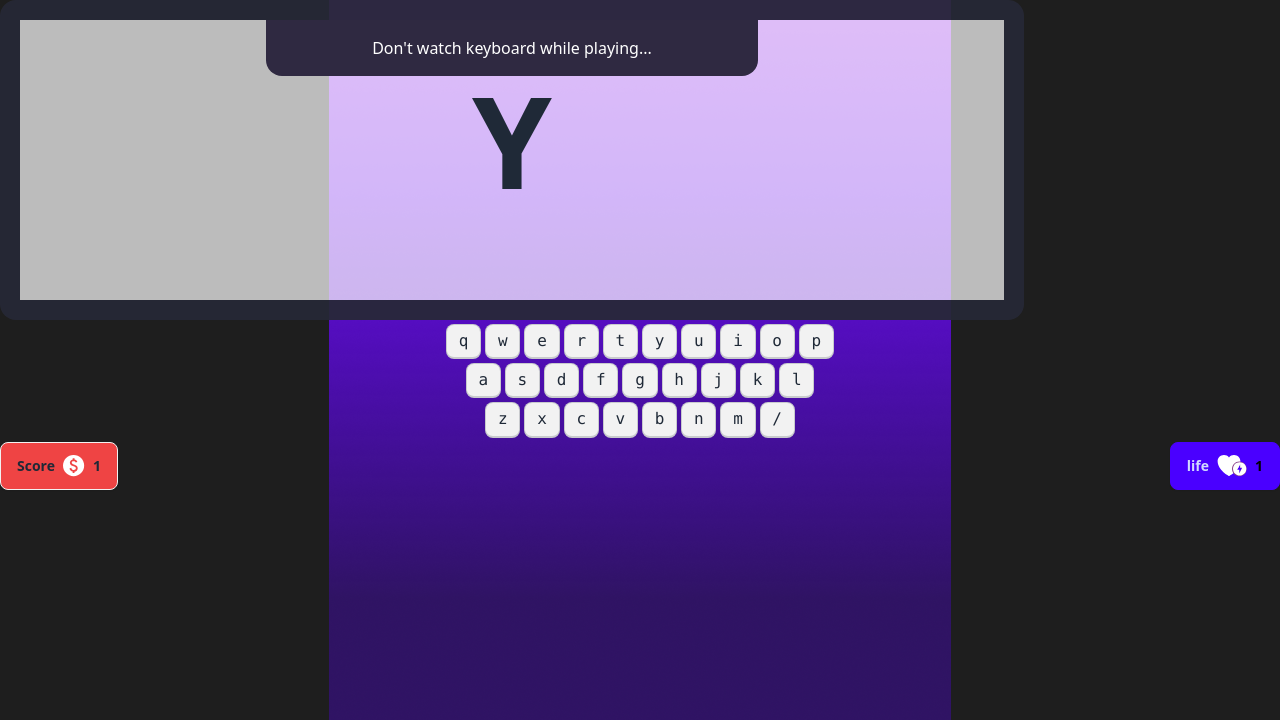
Repository: RudrasahaDibos/Alphabet-clash-
Page: index.html
An editor plug-in stored every save of this project. The page is shown before and after the next save, followed by the edit.
The browser window is 1280 px wide. The pictures show the whole page.
Some web fonts or font styles are not loaded; a fallback is used. Some web libraries are served in a nearby version.

Above is the page before, as saved 2024-11-04 12:29:41.

### index.html
<!DOCTYPE html>
<html lang="en">
    <head>
        <meta charset="UTF-8">
        <meta name="viewport" content="width=device-width, initial-scale=1.0">
        <title>Alphabet Clash</title>
        <!-- daisy apa -->
        <link
            href="https://cdn.jsdelivr.net/npm/daisyui@4.12.14/dist/full.min.css"
            rel="stylesheet" type="text/css" />
        <script src="https://cdn.tailwindcss.com"></script>

        <!-- custom css  -->
        <link rel="stylesheet" href="style.css">

    </head>
    <body>
        <main
            class="bg-[#1E1E1E] min-h-screen bg-[url(images/background.png)] bg-no-repeat bg-center ">
            <!-- home screen  start here -->
            <section class="min-h-screen flex justify-center items-center hidden">
                <div class="flex flex-col justify-center items-center gap-10 ">
                    <h1
                        class="text-white text-8xl font-extrabold anton-sc-regular uppercase ">ALPHABET
                        CLASH</h1>
                    <p class="text-white ">Unleash Your Keyboard Kung Fu : Press
                        “Enter” to Play</p>
                    <button class="btn bg-white text-black">Play Now </button>
                </div>
            </section>
            <!-- home screen end here -->
            <!-- midlle screen start here -->
            <section>
                <div class=" container mx-auto ">
                    <!-- display screen start here -->

                    <div class="artboard artboard-horizontal phone-6 border-[20px] border-[#010313CC] bg-[#FFFFFFB3] rounded-2xl">
                          <div class="flex justify-center ">
                            <p class="text-white bg-[#2F2941] p-4 text-center rounded-b-2xl w-2/4">Don't watch keyboard  while playing...</p>
                          </div>

                          <span class="text-9xl font-extrabold flex justify-center ">Y</span>
                    </div>
                     <!-- dispaly screen end here -->

                     <!-- keyboard start here  -->
                               <div>
                                <div class="my-1 flex w-full justify-center gap-1">
                                    <kbd class="kbd">q</kbd>
                                    <kbd class="kbd">w</kbd>
                                    <kbd class="kbd">e</kbd>
                                    <kbd class="kbd">r</kbd>
                                    <kbd class="kbd">t</kbd>
                                    <kbd class="kbd">y</kbd>
                                    <kbd class="kbd">u</kbd>
                                    <kbd class="kbd">i</kbd>
                                    <kbd class="kbd">o</kbd>
                                    <kbd class="kbd">p</kbd>
                                  </div>
                                  <div class="my-1 flex w-full justify-center gap-1">
                                    <kbd class="kbd">a</kbd>
                                    <kbd class="kbd">s</kbd>
                                    <kbd class="kbd">d</kbd>
                                    <kbd class="kbd">f</kbd>
                                    <kbd class="kbd">g</kbd>
                                    <kbd class="kbd">h</kbd>
                                    <kbd class="kbd">j</kbd>
                                    <kbd class="kbd">k</kbd>
                                    <kbd class="kbd">l</kbd>
                                  </div>
                                  <div class="my-1 flex w-full justify-center gap-1">
                                    <kbd class="kbd">z</kbd>
                                    <kbd class="kbd">x</kbd>
                                    <kbd class="kbd">c</kbd>
                                    <kbd class="kbd">v</kbd>
                                    <kbd class="kbd">b</kbd>
                                    <kbd class="kbd">n</kbd>
                                    <kbd class="kbd">m</kbd>
                                    <kbd class="kbd">/</kbd>
                                  </div>
                               </div>
                      <!-- keyboard end here -->

                      <!-- life and scrore button here -->
                               <div class="flex justify-between ">
                                <button class="btn bg-red-500">
                                    Score
                                      <img src="images/love.svg" alt="">
                                      <span>1</span>
                                  </button>

                                  <button class="btn btn-primary">
                                     life
                                    <img src="images/dolar.svg" alt="">
                                    <span class="text-black">1</span>
                                  </button>
                               </div>
                      <!-- life and scrore button end here -->
                    </div>
            </section>
            <!-- midlle screen end here -->
             <!-- last screen start here -->
            <section>

            </section>
            <!-- last screen end here -->
        </main>
    </body>
</html>

### style.css


@import url('https://fonts.googleapis.com/css2?family=Anton+SC&family=Manrope:wght@200..800&display=swap');


.font-manrope {
    font-family: "Manrope", serif;
  }

  .anton-sc-regular {
    font-family: "Anton SC", sans-serif;
  }

After the next save:
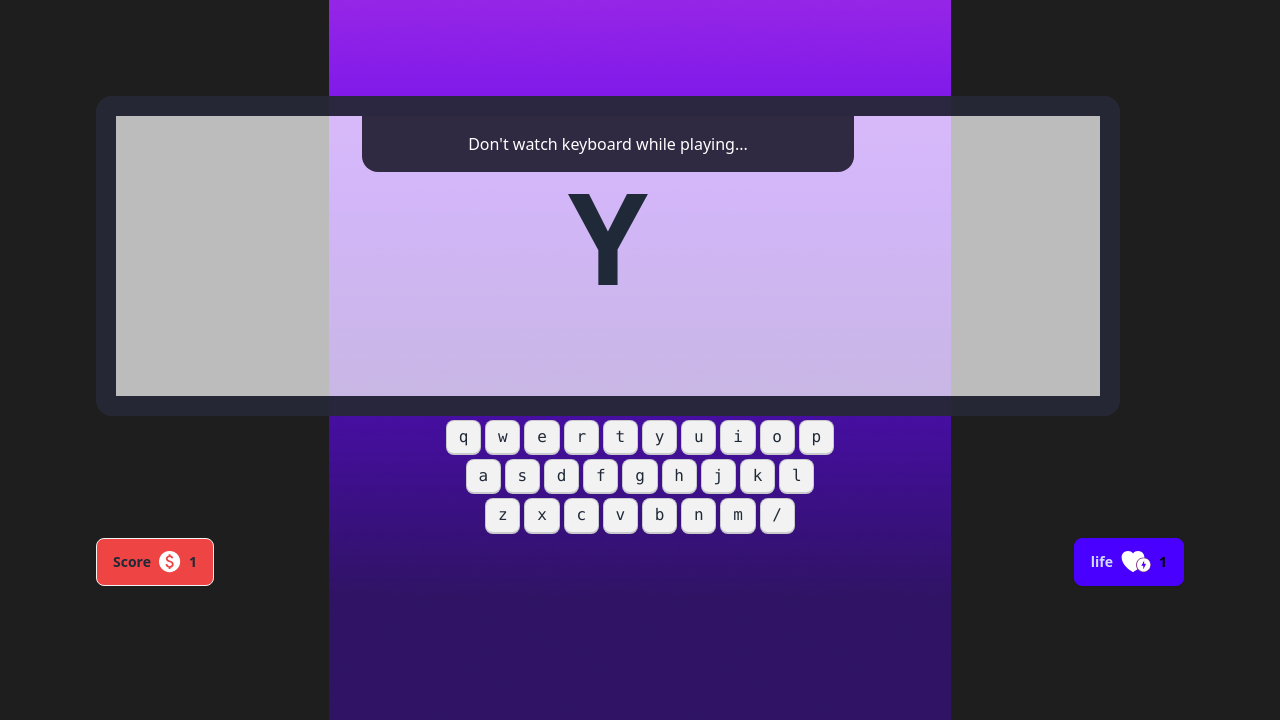
Saved 4 s later.
--- a/index.html
+++ b/index.html
@@ -31,7 +31,7 @@
             <!-- home screen end here -->
             <!-- midlle screen start here -->
             <section>
-                <div class=" container mx-auto ">
+                <div class=" container mx-auto p-24 ">
                     <!-- display screen start here -->
 
                     <div class="artboard artboard-horizontal phone-6 border-[20px] border-[#010313CC] bg-[#FFFFFFB3] rounded-2xl">

After the save that followed:
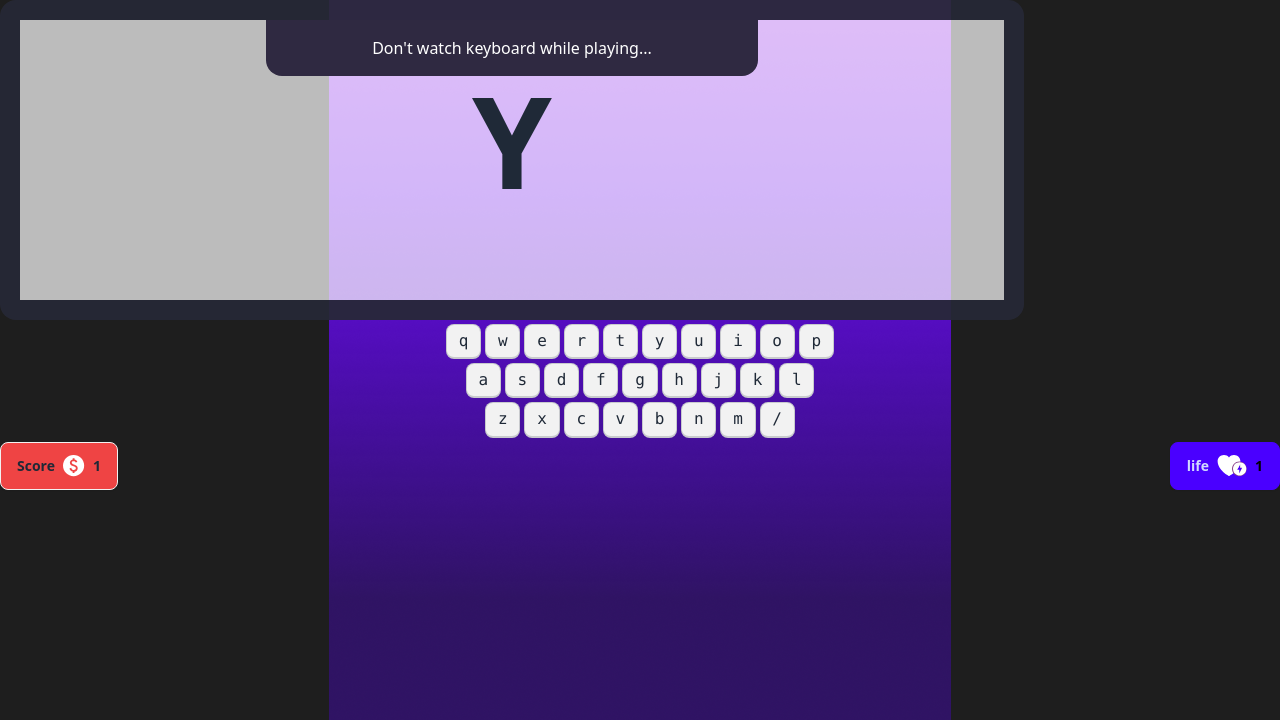
Saved 8 s later.
--- a/index.html
+++ b/index.html
@@ -31,7 +31,7 @@
             <!-- home screen end here -->
             <!-- midlle screen start here -->
             <section>
-                <div class=" container mx-auto p-24 ">
+                <div class=" container mx-auto lg">
                     <!-- display screen start here -->
 
                     <div class="artboard artboard-horizontal phone-6 border-[20px] border-[#010313CC] bg-[#FFFFFFB3] rounded-2xl">
